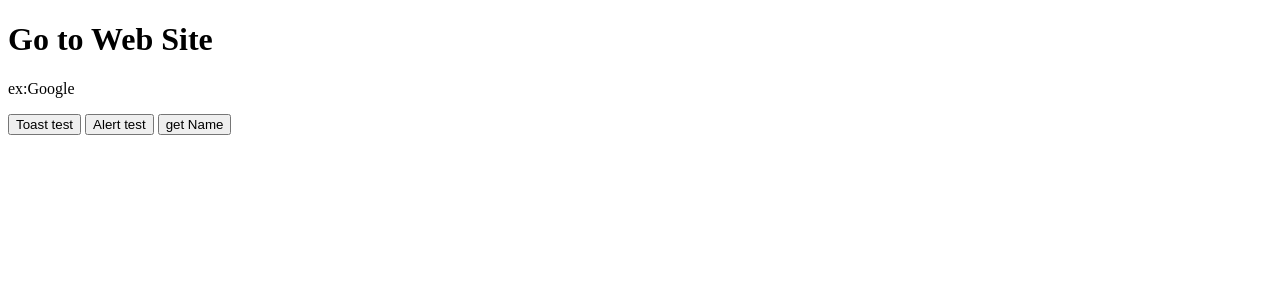
Repository: kenshiryu7/mdv-projects
Page: MDF3/project_4/Project4/assets/index.html
The author's editor kept a copy of each file at every save. The page is drawn from the files as they stood at one save, then again after the next save.
The browser window is 1280 px wide. The pictures show the whole page.

Above is the page before, as saved 2013-02-28 13:39:09.

### MDF3/project_4/Project4/assets/index.html
<!DOCTYPE html>
<html>
	<head>
	<meta http-equiv="Content-Type" content="text/html; charset=UTF-8">

	<title>The HTML Stuff</title>
	</head>


	<body>
	<h1>Go to Web Site</h1>
	<p id="mytext">ex:Google</p>

	<input type="button" value="Toast test" onclick="showAndroidToast('Yo Chump!')"/>

	<input type="button" value="Alert test" onclick="openAndroidDialog()"/>

	<input type="button" value="get Name" onclick="getData()"/>
	</body>


		<script type="text/javascript">

			function showAndroidToast(toast) {
			//document.getElementById("mytext").innerHTML = "toast";
				Android.showToast(toast);

			};

			function openAndroidDialog() {
				//document.getElementById("mytext").innerHTML = actualData;
				Android.openDialog();
			};



			function callFromActivity(message) {
				document.getElementById("mytext").innerHTML = message;
			};

		</script>
</html>

After the next save:
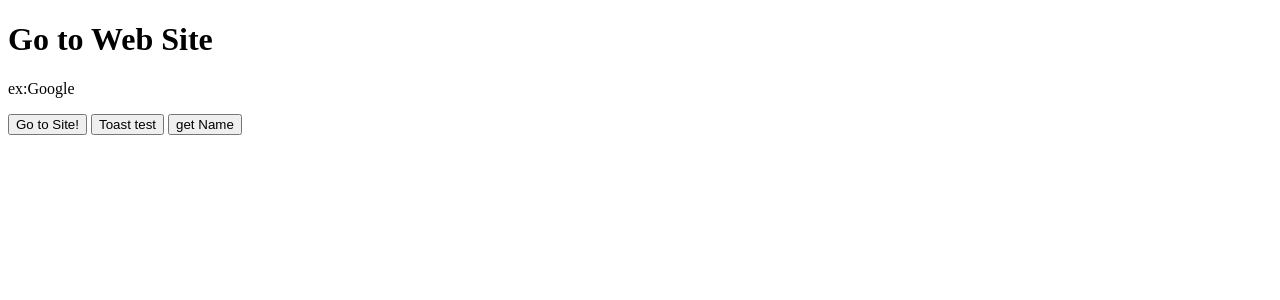
Saved 2 min 21 s later.
--- a/MDF3/project_4/Project4/assets/index.html
+++ b/MDF3/project_4/Project4/assets/index.html
@@ -11,9 +11,9 @@
 	<h1>Go to Web Site</h1>
 	<p id="mytext">ex:Google</p>
 
+	<input type="button" value="Go to Site!" onclick="openAndroidDialog()"/>
+
 	<input type="button" value="Toast test" onclick="showAndroidToast('Yo Chump!')"/>
-
-	<input type="button" value="Alert test" onclick="openAndroidDialog()"/>
 
 	<input type="button" value="get Name" onclick="getData()"/>
 	</body>
